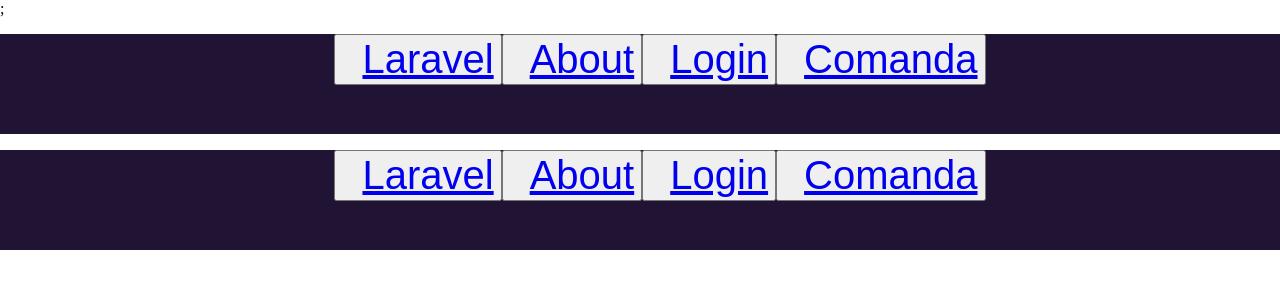
Repository: LauLupu/Progetto
Page: http://localhost/home
The author's editor kept a copy of each file at every save. The page is drawn from the files as they stood at one save, then again after the next save.
The browser window is 1280 px wide. The pictures show the whole page.
The page is served by the project's Laravel application, run on PHP 8.4 with Laravel 8. Other server files are loaded and not shown.

Above is the page before, as saved 2021-08-24 09:17:50.

### routes/web.php
<?php

use App\Http\Controllers\inventoryController;
use Illuminate\Support\Facades\Route;

/*
|--------------------------------------------------------------------------
| Web Routes
|--------------------------------------------------------------------------
|
| Here is where you can register web routes for your application. These
| routes are loaded by the RouteServiceProvider within a group which
| contains the "web" middleware group. Now create something great!
|
*/

Route::get('/', function () {
    return view('Welcome');
});

Route::get('/home', function () {
    return view('home');
});

Route::get('/About', function () {
    return view('About');
});

Route::get('/comanda', function () {
    return view('Comanda');
});

Route::resource('gusturi','App\Http\Controllers\ComandaController');

Route::get('list',[inventoryController::class,'show']);

Route::get('/dashboard', function () {
    return view('dashboard');
})->middleware(['auth'])->name('dashboard');

require __DIR__.'/auth.php';

### resources/views/home.blade.php
@extends ('navbar');
<!DOCTYPE html>
<html lang="en">
<head>
    <meta charset="UTF-8">
    <meta http-equiv="X-UA-Compatible" content="IE=edge">
    <meta name="viewport" content="width=device-width, initial-scale=1.0">
    <title>Document</title>
</head>
<body>
<style>
    body {
        margin: 0px;
    }
    .navbar {
        width: 100%;
        height: 100px;
        background-color:#211334;
    }
    .navbar ol {
        display: flex;
        justify-content: center;
        align-items: center;
    }
    .navbar li {
        display: inline-block;
        font-size: 40px;
        margin-left: 20px;
    }
</style>
<body>
<nav class="navbar">
    <ol>
    <button type="button" class="btn btn-primary"><li><a href="/">Laravel</a></li></button>
    <button type="button" class="btn btn-primary"><li><a href="/About">About</a></li></button>
    <button type="button" class="btn btn-primary"><li><a href="/login">Login</a></li></button>
    <button type="button" class="btn btn-primary"><li><a href="/comanda">Comanda</a></li></button>
    </ol>
</nav>
</body>
</html>

### resources/views/navbar.blade.php
<!DOCTYPE html>
<html lang="en">
<head>
    <meta charset="UTF-8">
    <meta http-equiv="X-UA-Compatible" content="IE=edge">
    <meta name="viewport" content="width=device-width, initial-scale=1.0">
    <title>navbar</title>
</head>
<style>
    body {
        margin: 0px;
    }
    .navbar {
        width: 100%;
        height: 100px;
        background-color:#211334;
    }
    .navbar ol {
        display: flex;
        justify-content: center;
        align-items: center;
    }
    .navbar li {
        display: inline-block;
        font-size: 40px;
        margin-left: 20px;
    }
</style>
<body>
<nav class="navbar">
    <ol>
    <button type="button" class="btn btn-primary"><li><a href="/">Laravel</a></li></button>
    <button type="button" class="btn btn-primary"><li><a href="/About">About</a></li></button>
    <button type="button" class="btn btn-primary"><li><a href="/login">Login</a></li></button>
    <button type="button" class="btn btn-primary"><li><a href="/comanda">Comanda</a></li></button>
    </ol>
</nav>
</body>
</html>

Loaded but not shown: routes/auth.php (common file)

After the next save:
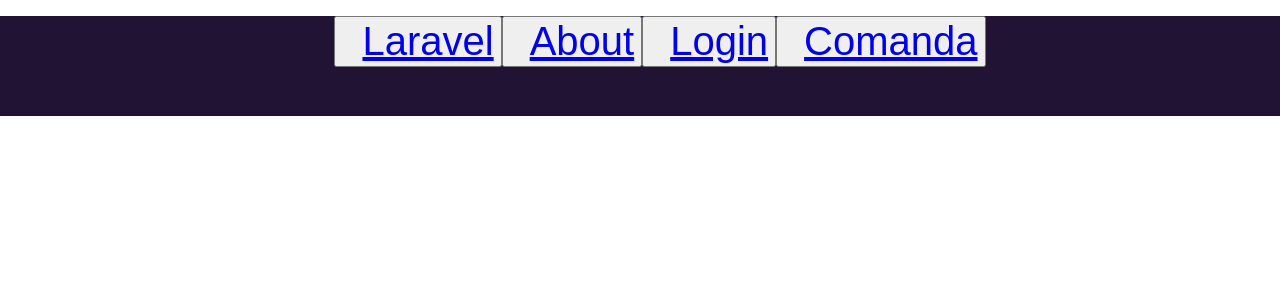
Saved 79 s later.
--- a/resources/views/home.blade.php
+++ b/resources/views/home.blade.php
@@ -1,4 +1,3 @@
-@extends ('navbar');
 <!DOCTYPE html>
 <html lang="en">
 <head>
